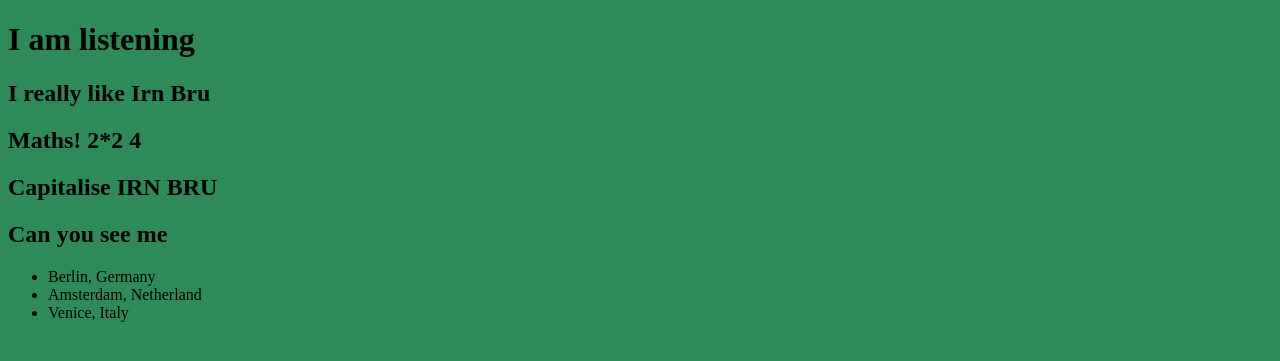
Repository: sinemgcmn/ImageBoard
Page: public/index.html
The author's editor kept a copy of each file at every save. The page is drawn from the files as they stood at one save, then again after the next save.
The browser window is 1280 px wide. The pictures show the whole page.
The page's requests for data from a server got no answer.

Above is the page before, as saved 2021-02-25 16:06:25.

### public/index.html
<!doctype html>
<html>
<head>
    <title>imageboard</title>
    <link rel="stylesheet" href="/style.css">
</head>
<body>
    <h1>I am listening</h1>
    <div id="main">
        <h2>I really like {{name}}</h2>
        <h2>Maths! 2*2 {{2 * 2}}</h2>
        <h2>Capitalise {{name.toUpperCase()}}</h2>
        <h2 v-if="seen">Can you see me</h2>
        <h2 v-else>I am the else</h2>
        <ul>
            <li v-for="city in cities"
            :key="city.id"
            @click="handleClick">

            {{city.name}}, {{city.country}}
            </li>
        </ul>
    </div>
    <script src="/js/vue.js"></script>
    <script src="/js/axios.min.js"></script>
    <script src="/js/script.js"></script>
</body>
</html>

### public/style.css
body {
    background-color: seagreen;
}

### public/js/script.js
console.log("sanity check");

new Vue({
    el: "#main",
    data: {
        name: "Irn Bru",
        seen: true,
        cities: [
            {
                id: 1,
                name: "Berlin",
                country: "Germany",
            },
            {
                id: 2,
                name: "Amsterdam",
                country: "Netherland",
            },
            {
                id: 3,
                name: "Venice",
                country: "Italy",
            },
        ],
    },
    mounted: function () {
        console.log("my main vue instans has mounted!");
        //we will use axios to communicate with our server
        axios
            .get("/cities")
            .then(function (response) {
                console.log("response");
            })
            .catch(function (err) {
                console.log("error in axios", err);
            });
    },
    methods: {
        handleClick: function (city) {
            console.log("handleclick running", city);
            this.seen = !this.seen;
        },
    },
});

Loaded but not shown: public/js/vue.js (library); public/js/axios.min.js (library)

After the next save:
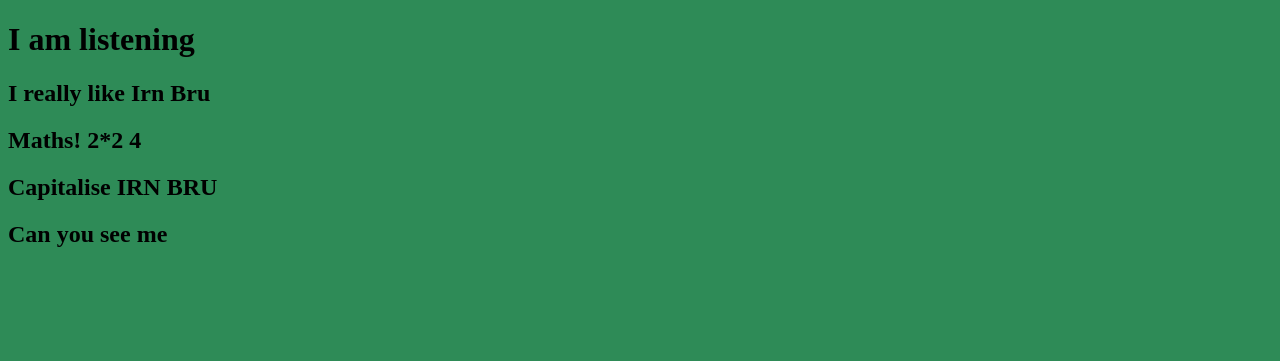
Saved 22 s later.
--- a/public/js/script.js
+++ b/public/js/script.js
@@ -5,23 +5,7 @@
     data: {
         name: "Irn Bru",
         seen: true,
-        cities: [
-            {
-                id: 1,
-                name: "Berlin",
-                country: "Germany",
-            },
-            {
-                id: 2,
-                name: "Amsterdam",
-                country: "Netherland",
-            },
-            {
-                id: 3,
-                name: "Venice",
-                country: "Italy",
-            },
-        ],
+        cities: [],
     },
     mounted: function () {
         console.log("my main vue instans has mounted!");
